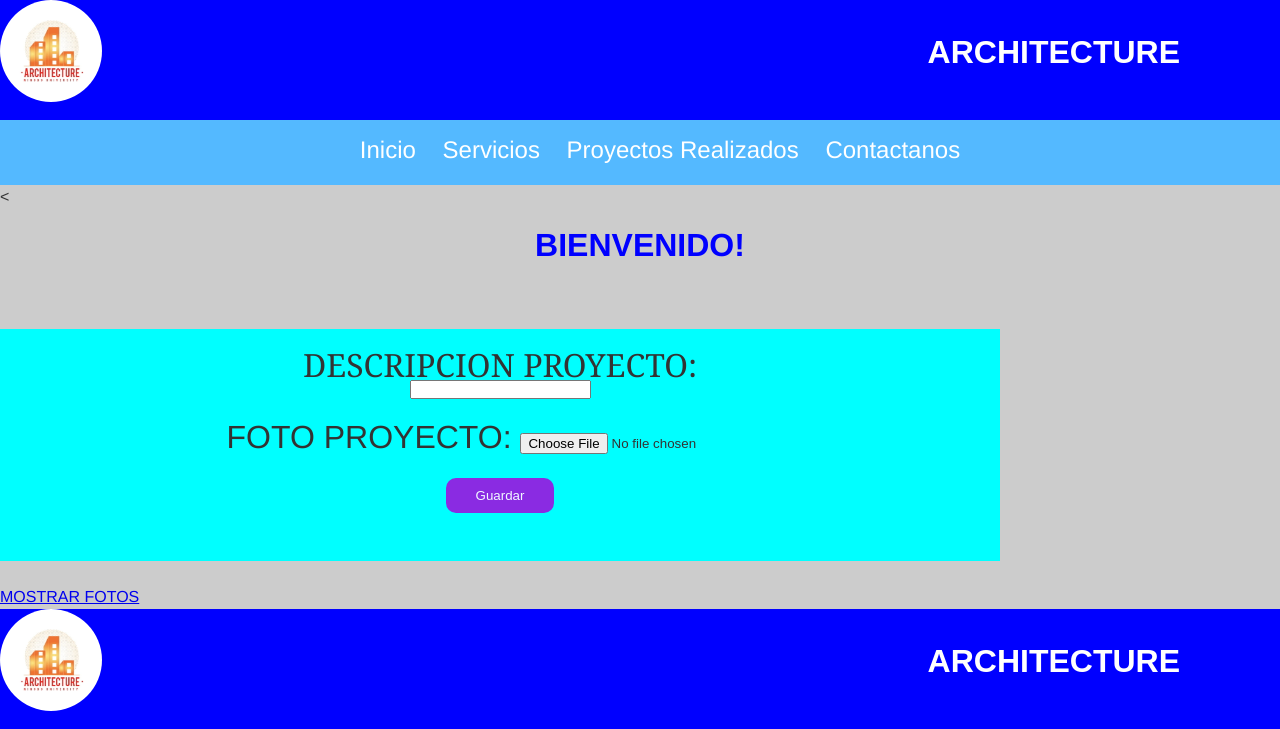
Repository: gabrielestrella18/htdocs
Page: http://localhost/arquitectos/control.php
The author's editor kept a copy of each file at every save. The page is drawn from the files as they stood at one save, then again after the next save.
The browser window is 1280 px wide. The pictures show the whole page.
The page is run by PHP 8.4 with error messages shown; the project is at /var/www/html/.

Above is the page before, as saved 2023-12-11 00:59:28.

After the next save:
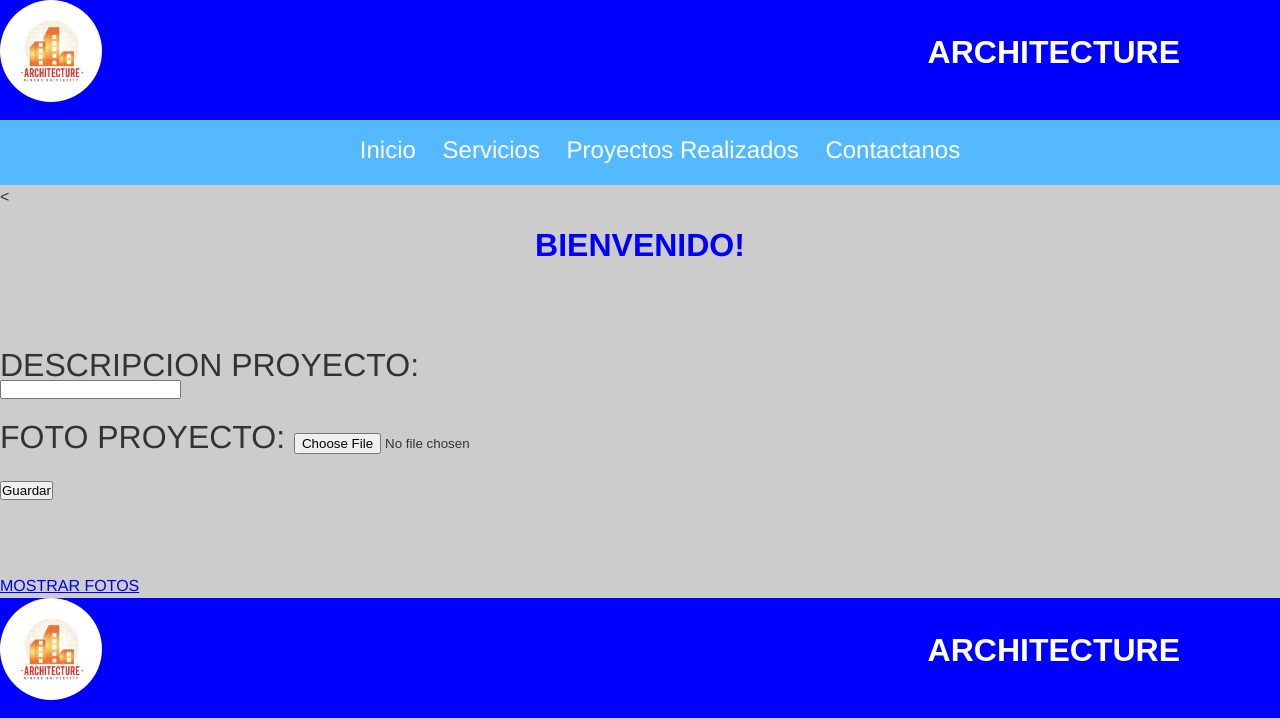
Saved 35 s later.
--- a/arquitectos/estilo.css
+++ b/arquitectos/estilo.css
@@ -352,24 +352,3 @@ h5 {
     width: 70%;
     height: 90%;
 }
-
-.ancho {
-    width: 1000px;
-    background-color: aqua;
-}
-
-#form1 {
-    text-align: center;
-}
-
-#guardarfoto {
-    background-color: blueviolet;
-    color: aliceblue;
-    border: 0;
-    padding: 10px 30px;
-    border-radius: 10px;
-}
-
-.descri {
-    font-family: Georgia, 'Times New Roman', Times, serif;
-}
